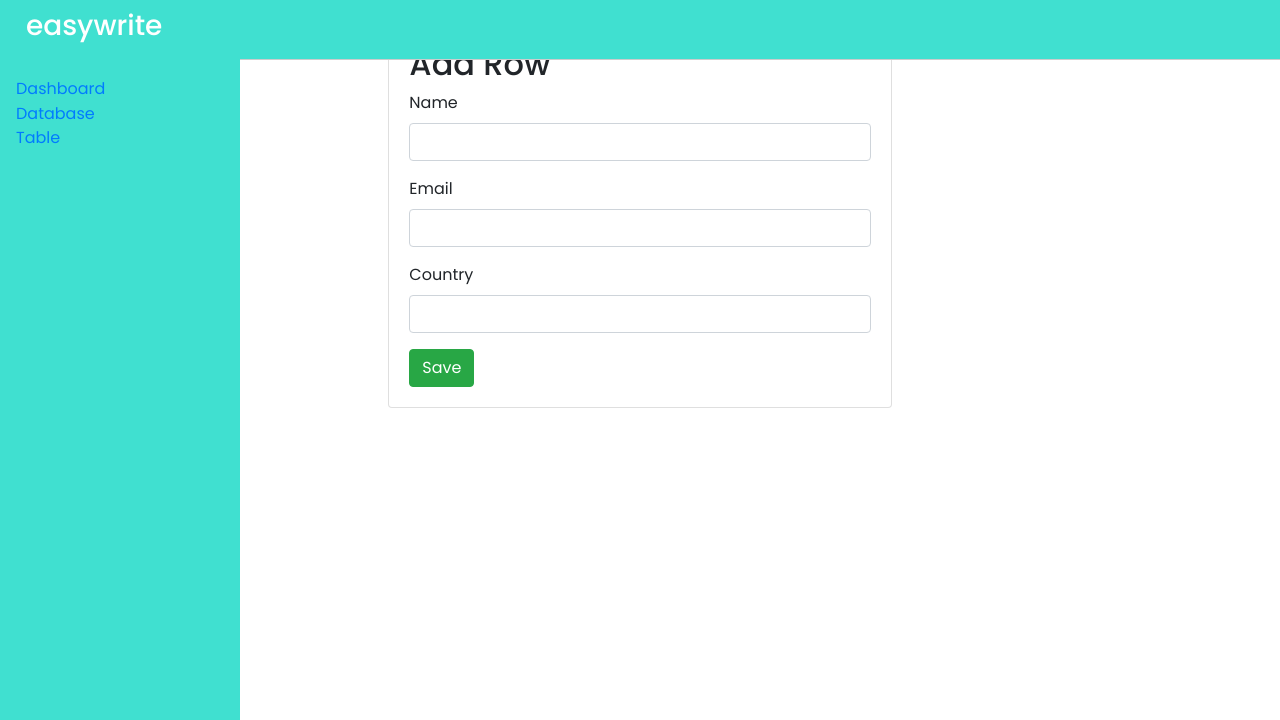
Repository: ngan429/CRUD_14
Page: http://localhost/crudweb/new
These files come from the project's save history. The page is drawn as it stood at one moment and after the next save; the edit follows.
The browser window is 1280 px wide. The pictures show the whole page.
Some icons come from a web library that is not loaded, so they are not drawn. The page is served by Tomcat 9. Other server files are loaded and not shown.

Above is the page before, as saved 2022-06-03 21:36:51.

### crudweb/crudweb/WebContent/user-form.jsp
<%@ page language="java" contentType="text/html; charset=UTF-8"
 pageEncoding="UTF-8"%>
    <%@ taglib uri="http://java.sun.com/jsp/jstl/core" prefix="c"%>
        <html>

        <head>
            <title>User Management Application</title>
            <link rel="stylesheet" href="https://stackpath.bootstrapcdn.com/bootstrap/4.3.1/css/bootstrap.min.css" integrity="sha384-ggOyR0iXCbMQv3Xipma34MD+dH/1fQ784/j6cY/iJTQUOhcWr7x9JvoRxT2MZw1T" crossorigin="anonymous">
        <link rel="stylesheet" href="http://cdn.jsdelivr.net/gh/lykmapipo/themify-icons@0.1.2/css/themify-icons.css">
<link rel="stylesheet" href="css/style.css">
<link href="https://fonts.googleapis.com/css2?family=Inter:wght@300;400;600&display=swap" rel="stylesheet">
<link rel="stylesheet"
	href="<%=request.getContextPath()%>/css/style.css">
<style>
<style>
*{
	font-family: 'Poppins', sans-serif;
	margin: 0;
	padding: 0;
	text-decoration: none;
	list-style-type: none;
	box-sizing: border-box;
}
.sidebar{
	height: 100%;
	width: 240px;
	position: fixed;
	left: 0;
	top: 0;
	z-index: 100;
	background-color:turquoise;
	color: #fff;

}
.slidebar-header{
	display: flex;
	justify-content: space-around;
	align-items: center;
	height: 60px;
	padding: 0rem 1 rem;
}
.sidebar-menu{
	padding: 1rem;
}
.slidebar li{
	margin-bottom: 1rem;
}
.slidebar a{
	color: #fff;
}
.slidebar a span:last-child {
	padding-right: 0rem 1rem;
}
.main-content{
	position: relative;
	margin-left: 240px;
}
header{
	position: fixed;
	left: 240px;
	top: 0;
	z-index: 100;
	width: calc(100% - 240px);
	background: #fff;
	height: 60px;
	padding: 0rem 1rem;
	display: flex;
	align-items: center;
	justify-content: space-between;
	border-bottom: 1px solid #ccc;
	background-color:turquoise;
}
.social-icons {
	display: flex;
	align-items: centers;
}
.social-icons div{
	height: 40px;
	width: 40px;
	background-size: cover;
	background-repeat: no-repeat;
	background-image: url("image/pikachu.jpg");
	background-color: #cccccc;
}
</style>
</head>
        <body>
        	<div class="sidebar">
		<div class="slidebar-header">
			<h3 class="brand">
				<span class="ti-unlink"></span>
				<span>easywrite</span>
			</h3>
			<span class="ti-menu-alt"></span>
		</div>
		<div class="sidebar-menu">
			<ul>
				 <li class="sidebar-item active">
                    <a href="">
                        <span class="ti-settings" ></i>
                        <span class="align-middle">Dashboard</span>
                    </a>
                </li>

                <li>
                    <a href="">
                        <span class="ti-settings"></span>
                        <span class="align-middle">Database</span>
                    </a>
                </li>

                <li class="sidebar-item">
                    <a href="">
                        <span class="ti-settings"></span>
                        <span class="align-middle">Table</span>
                    </a>
                </li>

			</ul>
		</div>
		<div class="main-content">
			<header>
			<span class="image" href="image/pikachu.jpg"></span>
				<div class="social-icons">
					<span class="ti-bell"></span>
					<span class="ti-comment"></span>

				</div>
			</header>
		</div>
	</div>
			<div class="user-form">
            <br>
            <div class="container col-md-5">
                <div class="card">
                    <div class="card-body">
                        <c:if test="${user != null}">
                            <form action="update" method="post">
                        </c:if>
                        <c:if test="${user == null}">
                            <form action="insert" method="post">
                        </c:if>

                        <caption>
                            <h2>
                                <c:if test="${user != null}">
                                    Edit User
                                </c:if>
                                <c:if test="${user == null}">
                                    Add Row
                                </c:if>
                            </h2>
                        </caption>

                        <c:if test="${user != null}">
                            <input type="hidden" name="id" value="<c:out value='${user.id}' />" />
                        </c:if>

                        <fieldset class="form-group">
                            <label>Name</label> <input type="text" value="<c:out value='${user.name}' />" class="form-control" name="name" required="required">
                        </fieldset>

                        <fieldset class="form-group">
                            <label>Email</label> <input type="text" value="<c:out value='${user.email}' />" class="form-control" name="email">
                        </fieldset>

                        <fieldset class="form-group">
                            <label>Country</label> <input type="text" value="<c:out value='${user.country}' />" class="form-control" name="country">
                        </fieldset>

                        <button type="submit" class="btn btn-success">Save</button>
                        </form>
                    </div>
                </div>
            </div>
            </div>
        </body>

        </html>

### crudweb/crudweb/src/net/javaguides/usermanagement/web/UserServlet.java
package net.javaguides.usermanagement.web;

import java.io.IOException;
import java.sql.SQLException;
import java.util.List;

import javax.servlet.RequestDispatcher;
import javax.servlet.ServletException;
import javax.servlet.annotation.WebServlet;
import javax.servlet.http.HttpServlet;
import javax.servlet.http.HttpServletRequest;
import javax.servlet.http.HttpServletResponse;

import net.javaguides.usermanagement.dao.UserDAO;
import net.javaguides.usermanagement.model.User;

/**
 * ControllerServlet.java
 * This servlet acts as a page controller for the application, handling all
 * requests from the user.
 * @email Ramesh Fadatare
 */

@WebServlet("/")
public class UserServlet extends HttpServlet {
    private static final long serialVersionUID = 1L;
    private UserDAO userDAO;

    public void init() {
        userDAO = new UserDAO();
    }

    protected void doPost(HttpServletRequest request, HttpServletResponse response)
    throws ServletException, IOException {
        doGet(request, response);
    }

    protected void doGet(HttpServletRequest request, HttpServletResponse response)
    throws ServletException, IOException {
        String action = request.getServletPath();

        try {
            switch (action) {
                case "/new":
                    showNewForm(request, response);
                    break;
                case "/insert":
                    insertUser(request, response);
                    break;
                case "/delete":
                    deleteUser(request, response);
                    break;
                case "/edit":
                    showEditForm(request, response);
                    break;
                case "/update":
                    updateUser(request, response);
                    break;
                default:
                    listUser(request, response);
                    break;
            }
        } catch (SQLException ex) {
            throw new ServletException(ex);
        }
    }

    private void listUser(HttpServletRequest request, HttpServletResponse response)
    throws SQLException, IOException, ServletException {
        List < User > listUser = userDAO.selectAllUsers();
        request.setAttribute("listUser", listUser);
        RequestDispatcher dispatcher = request.getRequestDispatcher("user-list.jsp");
        dispatcher.forward(request, response);
    }

    private void showNewForm(HttpServletRequest request, HttpServletResponse response)
    throws ServletException, IOException {
        RequestDispatcher dispatcher = request.getRequestDispatcher("user-form.jsp");
        dispatcher.forward(request, response);
    }

    private void showEditForm(HttpServletRequest request, HttpServletResponse response)
    throws SQLException, ServletException, IOException {
        int id = Integer.parseInt(request.getParameter("id"));
        User existingUser = userDAO.selectUser(id);
        RequestDispatcher dispatcher = request.getRequestDispatcher("user-form.jsp");
        request.setAttribute("user", existingUser);
        dispatcher.forward(request, response);

    }

    private void insertUser(HttpServletRequest request, HttpServletResponse response)
    throws SQLException, IOException {
        String name = request.getParameter("name");
        String email = request.getParameter("email");
        String country = request.getParameter("country");
        User newUser = new User(name, email, country);
        userDAO.insertUser(newUser);
        response.sendRedirect("list");
    }

    private void updateUser(HttpServletRequest request, HttpServletResponse response)
    throws SQLException, IOException {
        int id = Integer.parseInt(request.getParameter("id"));
        String name = request.getParameter("name");
        String email = request.getParameter("email");
        String country = request.getParameter("country");

        User book = new User(id, name, email, country);
        userDAO.updateUser(book);
        response.sendRedirect("list");
    }

    private void deleteUser(HttpServletRequest request, HttpServletResponse response)
    throws SQLException, IOException {
        int id = Integer.parseInt(request.getParameter("id"));
        userDAO.deleteUser(id);
        response.sendRedirect("list");

    }
}

### crudweb/crudweb/WebContent/css/style.css
@charset "UTF-8";
@import url('https://fonts.googleapis.com/css2?family=Poppins:wght@300;400;500;600&display=swap');
:root {
	--main-color : #027581;
	--color-dark : #1D2231;
	--text-grey : #8390A2;
}
*{
	font-family: 'Poppins', sans-serif;
	margin: 0;
	padding: 0;
	text-decoration: none;
	list-style-type: none;
	box-sizing: border-box;
}
.sidebar{
	height: 100%;
	width: 240px;
	position: fixed;
	left: 0;
	top: 0;
	z-index: 100;
	backgroud: var(--main-color);
	color: #efefef;
}

After the next save:
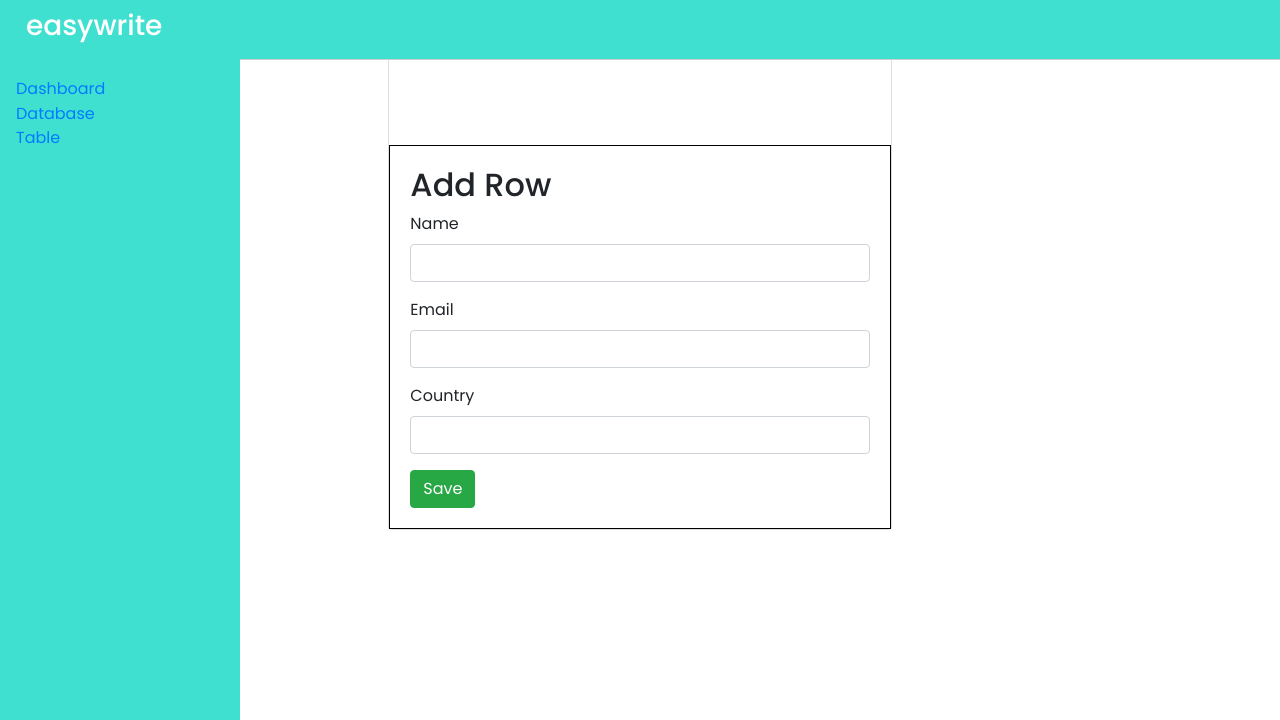
Saved 5 min 57 s later.
--- a/crudweb/crudweb/WebContent/user-form.jsp
+++ b/crudweb/crudweb/WebContent/user-form.jsp
@@ -81,6 +81,11 @@ header{
 	background-repeat: no-repeat;
 	background-image: url("image/pikachu.jpg");
 	background-color: #cccccc;
+}
+.card-body {
+    margin-top: 120px;
+    padding-left: 20px;
+    border: 1px solid black;
 }
 </style>
 </head>
